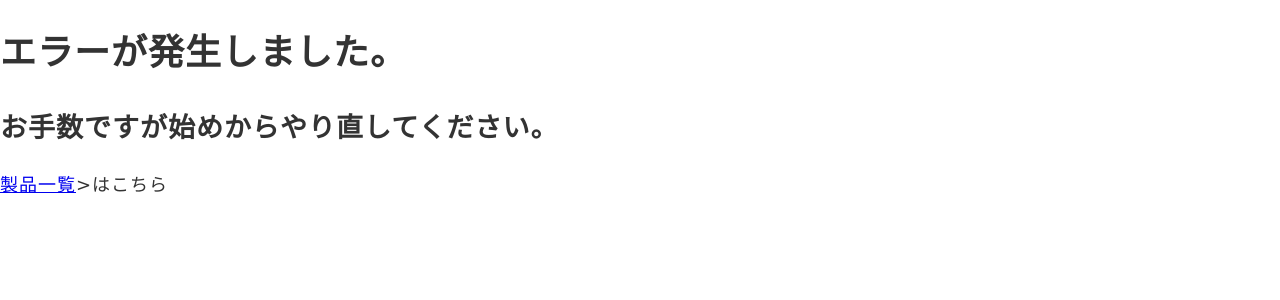
Repository: pokopen-6/test
Page: http://localhost/wood/error.jsp
An editor plug-in stored every save of this project. The page is shown before and after the next save, followed by the edit.
The browser window is 1280 px wide. The pictures show the whole page.
The page is served by Tomcat 9. Other server files are loaded and not shown.

Above is the page before, as saved 2018-04-26 06:37:29.

### wood/WebContent/error.jsp
<%@ page language="java" contentType="text/html; charset=UTF-8"
    pageEncoding="UTF-8"%>
<%@ taglib prefix="s" uri="/struts-tags" %>
<!DOCTYPE html>
<html>
<head>
<meta http-equiv="Content-Type" content="text/html; charset=UTF-8"/>
<meta http-equiv="Content-Style-Type" content="text/css" />
<meta http-equiv="Content-Script-Type" content="text/javascript" />
<meta http-equiv="imagetoolbar" content="no"/>
<meta name="description" content=""/>
<meta name="keywords" content=""/>
<title>商品一覧</title>
<style type="text/css">
	body {
		margin:0;
		padding:0;
		line-height:1.6;
		letter-spacing:1px;
		font-family:Verdana,Helvetica,sans-serif;
		font-size:18px;
		color:#333;
		background:#fff;
		}
	main {
		width:100%;
		}
	table {
		text-aign:center;
		margin:0 auto;


			}

		#pp {
			text-align:center;
			}
	#top {
		width:400px;
		margin:30px;
		border:1px solid #333;
		text-align:center;
		}
	#header {
		width:100%;
		height:80px;
		background-color:black;
		text-align:center;
		}
	#x {
		float:left;
		clear:both;
		margin-left:15px;
			}
	#image {

		}

	#itemList {
		foloat:left;
		}

</style>
</head>
<body>
	<h1>エラーが発生しました。</h1>

	<h2>お手数ですが始めからやり直してください。</h2>

	<a href='<s:url action="GoBuyItemAction" />'>製品一覧</a>>はこちら<br>


</body>
</html>

After the next save:
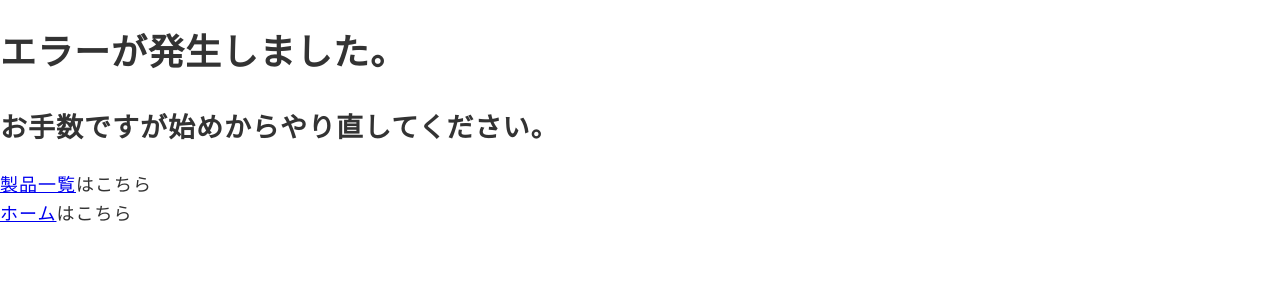
Saved 76 s later.
--- a/wood/WebContent/error.jsp
+++ b/wood/WebContent/error.jsp
@@ -67,8 +67,8 @@
 
 	<h2>お手数ですが始めからやり直してください。</h2>
 
-	<a href='<s:url action="GoBuyItemAction" />'>製品一覧</a>>はこちら<br>
-
+	<p><a href='<s:url action="GoBuyItemAction" />'>製品一覧</a>はこちら<br>
+		<a href='<s:url action="GoHomeAction" />'>ホーム</a>はこちら</p>
 
 </body>
 </html>
